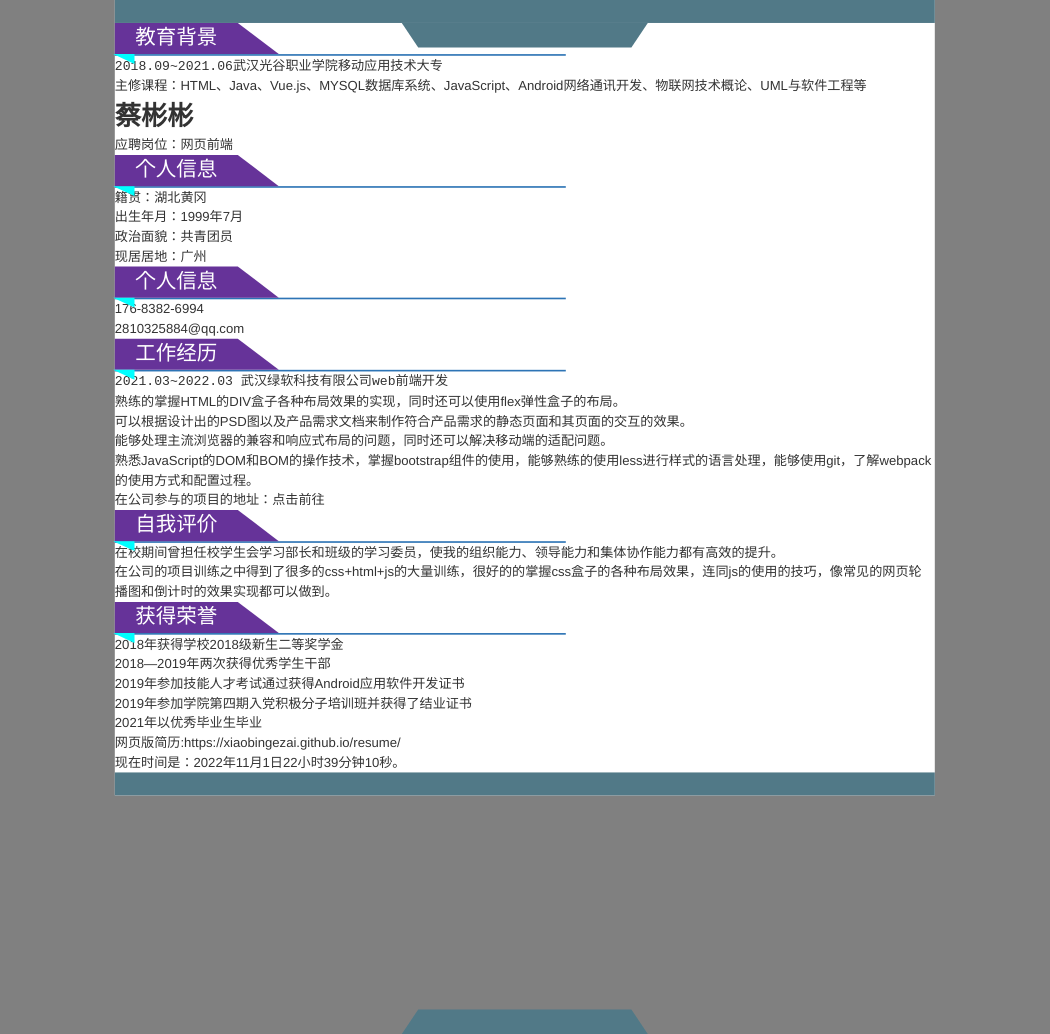
Repository: xiaobingezai/resume
Page: index.html
These files come from the project's save history. The page is drawn as it stood at one moment and after the next save; the edit follows.
The browser window is 1280 px wide. The pictures show the whole page, at 82% of full size.

Above is the page before, as saved 2022-11-02 21:28:38.

After the next save:
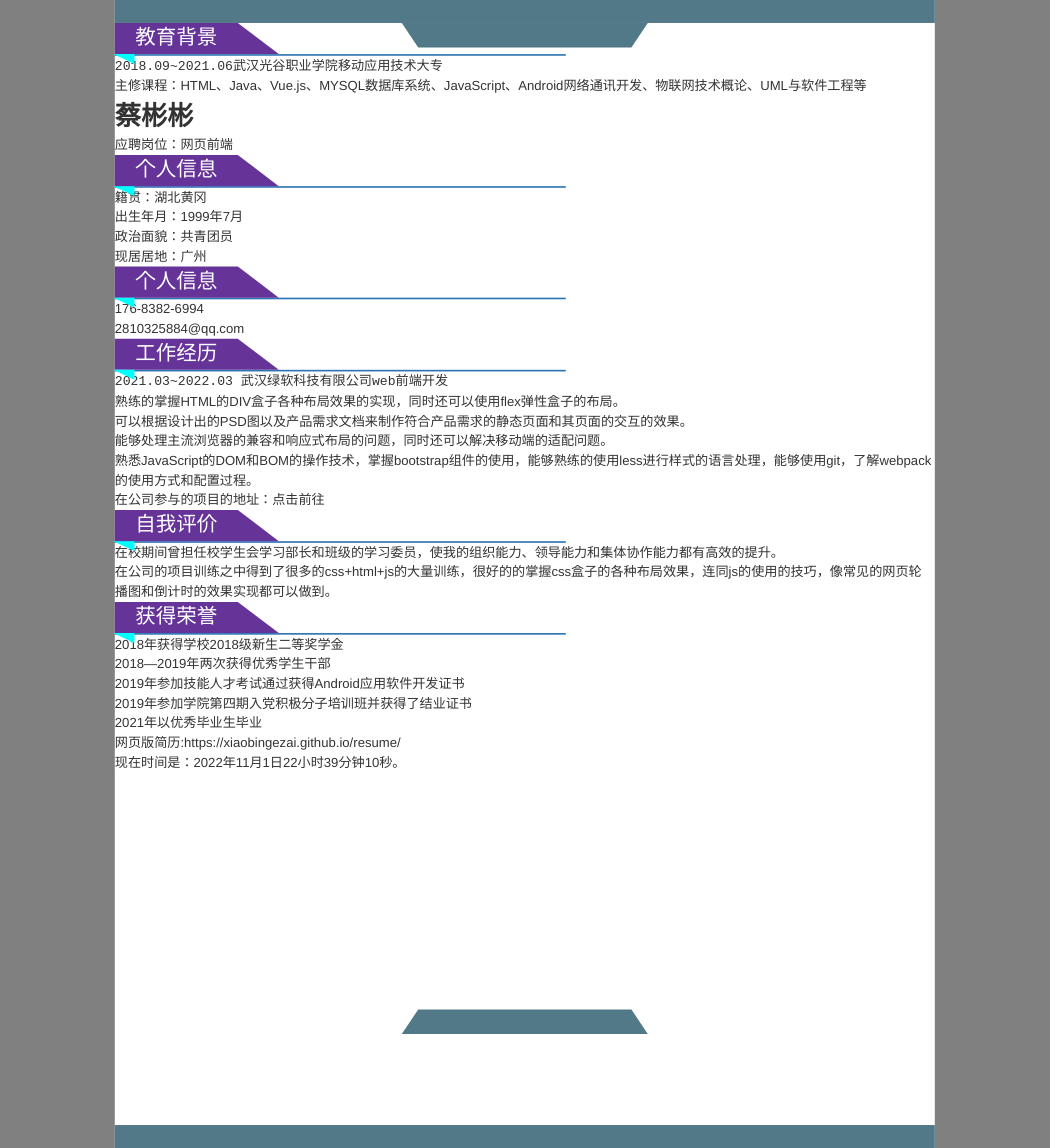
Saved 90 s later.
--- a/css/index.css
+++ b/css/index.css
@@ -91,6 +91,7 @@ input {
 /* 网页的整体外框 */
 #zhengTi {
     width: 1000px;
+    height: 1400px;
     background-color: #fff;
 }
 
